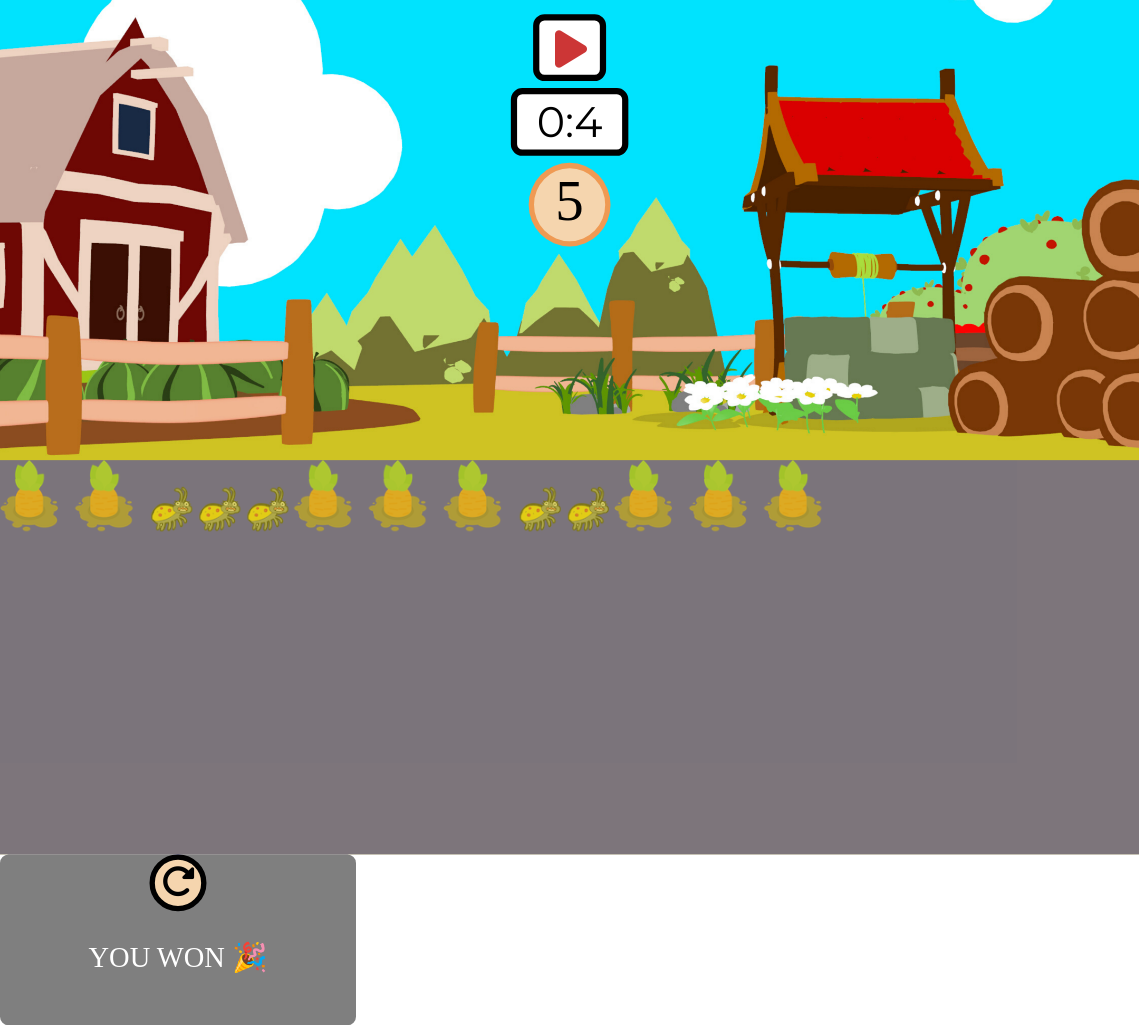
Repository: sephinejo/Mini-carrot-game
Page: index.html
These files come from the project's save history. The page is drawn as it stood at one moment and after a run of saves; the edit follows.
The browser window is 1280 px wide. The pictures show the whole page, at 89% of full size.
Some web fonts or font styles are not loaded; a fallback is used. Some web libraries are served in a nearby version.

Above is the page before, as saved 2023-05-15 09:24:47.

### index.html
<!DOCTYPE html>
<html lang="en">
  <head>
    <meta charset="UTF-8" />
    <meta http-equiv="X-UA-Compatible" content="IE=edge" />
    <meta name="viewport" content="width=device-width, initial-scale=1.0" />
    <title>Mini Carrot Game👩‍🌾🥕</title>
    <link rel="stylesheet" href="style.css" />
    <link rel="preconnect" href="https://fonts.googleapis.com" />
    <link rel="preconnect" href="https://fonts.gstatic.com" crossorigin />
    <link
      href="https://fonts.googleapis.com/css2?family=Alice&family=Lato:wght@400;700&family=Montserrat:wght@400;500;600;700&family=Raleway:wght@400;600;700;800&family=Ubuntu&display=swap"
      rel="stylesheet"
    />
    <script
      src="https://kit.fontawesome.com/9ac80604cb.js"
      crossorigin="anonymous"
    ></script>
    <script src="main.js" defer></script>
  </head>
  <body>
    <section class="container">
      <header class="info">
        <button class="info__play">
          <i class="fa-solid fa-play"></i>
        </button>
        <span class="info__timer">0:4</span>
        <span class="info__counter">5</span>
      </header>
      <div class="field">
        <img class="carrot" src="img/carrot.png" alt="carrot" />
        <img class="carrot" src="img/carrot.png" alt="carrot" />
        <img class="bug" src="img/bug.png" alt="bug" />
        <img class="bug" src="img/bug.png" alt="bug" />
        <img class="bug" src="img/bug.png" alt="bug" />
        <img class="carrot" src="img/carrot.png" alt="carrot" />
        <img class="carrot" src="img/carrot.png" alt="carrot" />
        <img class="carrot" src="img/carrot.png" alt="carrot" />
        <img class="bug" src="img/bug.png" alt="bug" />
        <img class="bug" src="img/bug.png" alt="bug" />
        <img class="carrot" src="img/carrot.png" alt="carrot" />
        <img class="carrot" src="img/carrot.png" alt="carrot" />
        <img class="carrot" src="img/carrot.png" alt="carrot" />
      </div>
    </section>
    <section class="pop-up">
      <button class="pop-up__replay">
        <i class="fa-sharp fa-solid fa-rotate-right"></i>
      </button>
      <p class="pop-up__message">YOU WON 🎉</p>
    </section>
  </body>
</html>

### style.css
* {
  box-sizing: border-box;
}

body {
  margin: auto;
}

.container {
  background: url('img/background.png') center/cover;
  height: 60rem;
  display: flex;
  flex-direction: column;
}

.info {
  display: flex;
  flex-direction: column;
  align-items: center;
  height: 30rem;
  padding: 1rem 0;
}

button {
  border: none;
  outline: none;
  cursor: pointer;
}

.info__play {
  font-size: 3rem;
  color: #cc3636;
  border: 0.45rem solid black;
  border-radius: 0.8rem;
  background-color: white;
  padding: 0.4rem 0.9rem 0rem 1.1rem;
  margin-bottom: 0.5rem;
}

.info__play:hover {
  transform: scale(1.1);
  transition: transform 200ms ease-in;
}

.info__timer {
  font-family: Montserrat;
  font-size: 3rem;
  border: 0.45rem solid black;
  border-radius: 0.8rem;
  background-color: white;
  padding: 0.1rem 1.4rem;
  margin-bottom: 0.5rem;
}

.info__counter {
  font-family: Alice;
  font-size: 4rem;
  border: 0.4rem solid #ef9a53;
  border-radius: 50%;
  background-color: #f5d5ae;
  padding: 0 1.5rem 0.5rem;
}

.field {
  width: 100%;
  height: 100%;
  margin-top: 14rem;
  background-color: blue;
  opacity: 0.4;
}

.pop-up {
  width: 25rem;
  height: 12rem;
  background: rgba(0, 0, 0, 0.5);
  border-radius: 0.6rem;
  text-align: center;
}

.pop-up__replay {
  width: 4rem;
  height: 4rem;
  font-size: 2.4rem;
  border: 0.4rem solid black;
  border-radius: 50%;
  cursor: pointer;
  background-color: #f5d5ae;
}

.pop-up__message {
  font-family: Alice;
  font-size: 2rem;
  text-align: center;
  color: white;
}

Loaded but not shown: main.js (no copy from this time; the picture is the same without it)

After the next 4 saves:
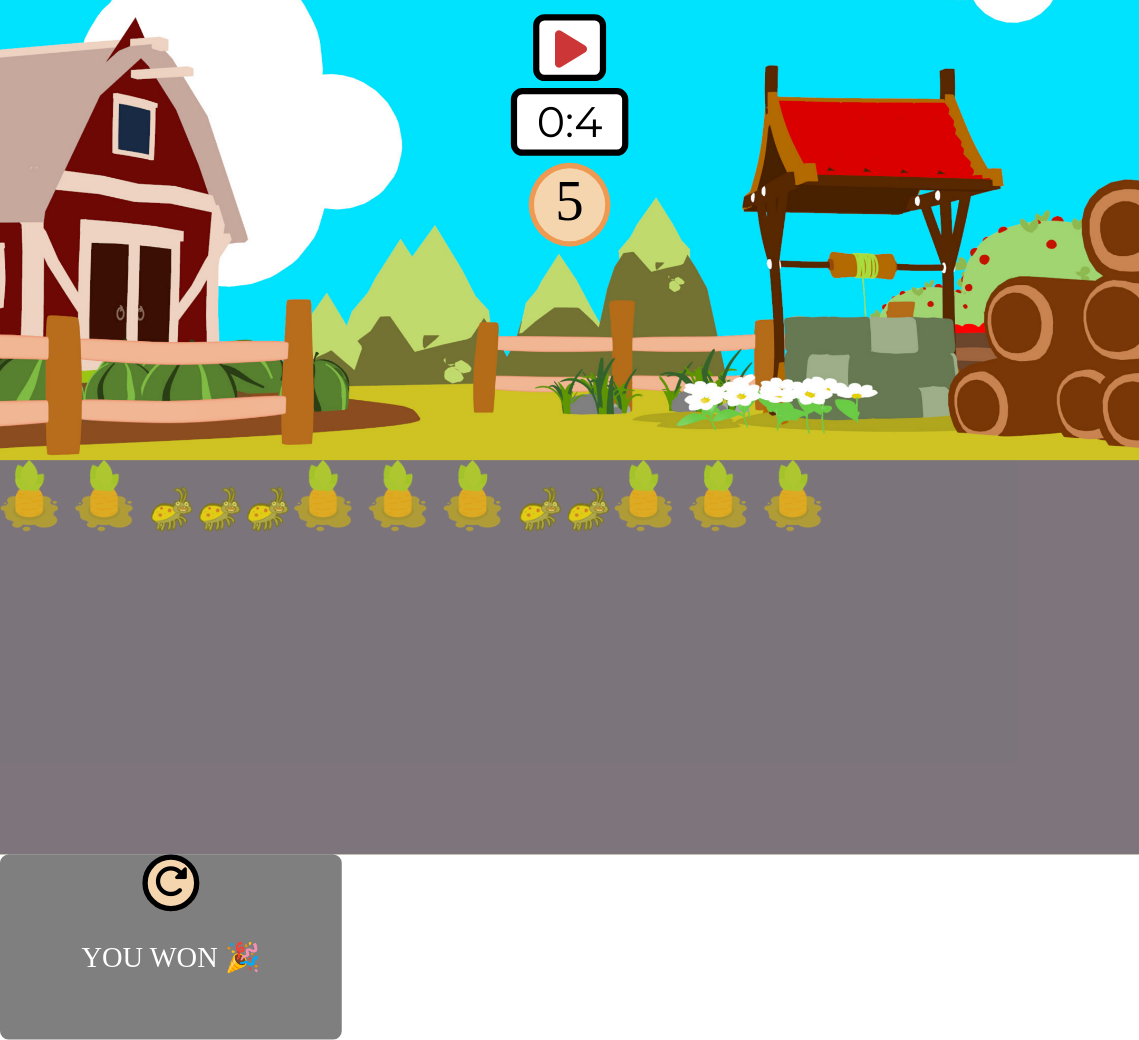
The 4 saves are shown as one change because they came seconds apart.
The last was saved 11 s later.
--- a/style.css
+++ b/style.css
@@ -70,8 +70,8 @@ button {
 }
 
 .pop-up {
-  width: 25rem;
-  height: 12rem;
+  width: 24rem;
+  height: 13rem;
   background: rgba(0, 0, 0, 0.5);
   border-radius: 0.6rem;
   text-align: center;
